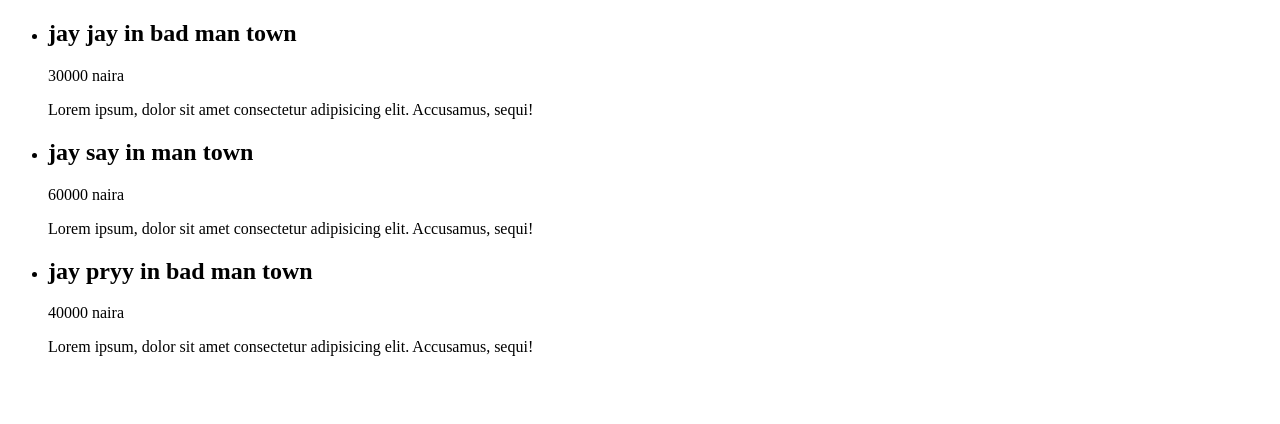
Repository: nilesjamex/t-vue
Page: /
These files come from the project's save history. The page is drawn as it stood at one moment and after the next save; the edit follows.
The browser window is 1280 px wide. The pictures show the whole page.
The project was rebuilt for these pictures with package versions that can differ from the ones it lists, and the page was loaded fresh each time. Also part of the build but not shown: vue.config.js.

Above is the page before, as saved 2022-03-15 16:14:39.

### src/App.vue
<template>
  <nav>
  </nav>
  <router-view/>
</template>

<style lang="scss">

</style>

### src/views/HomeView.vue
<template>
  <div class="home">
    <JobList :jobs="jobs" />
  </div>
</template>

<script lang="ts">
import { defineComponent, reactive, toRefs, ref } from 'vue';
import JobList from '@/components/JobList.vue';
import Job from '@/types/job'
 // @ is an alias to /src

export default defineComponent({
  name: 'HomeView',
  components: {
    JobList
  },
  setup() {
    const jobs = ref(<Job[]>[
      {
        title: 'jay jay',
        location: 'bad man town',
        salary: 30000,
        id: 1
    },
     {
        title: 'jay say',
        location: 'man town',
        salary: 60000,
        id: 2
    },
     {
        title: 'jay pryy',
        location: 'bad man town',
        salary: 40000,
        id: 3
    }
    ])

    return { jobs }
  }
});
</script>

### src/components/JobList.vue
<template>
    <div class="jobs--list">
        <ul>
            <li v-for="job in jobs" :key="job.id">
                <h2>
                    {{ job.title }} in {{ job.location }}
                </h2>
                <div class="salary">
                    <p>
                        {{ job.salary }} naira
                    </p>
                </div>
                <div class="desc">
                    Lorem ipsum, dolor sit amet consectetur adipisicing elit. Accusamus, sequi!
                </div>
            </li>
        </ul>
    </div>
</template>
<script lang="ts">
import { defineComponent, PropType } from 'vue'
import Job from '@/types/job'

export default defineComponent({
    props: {
        jobs: {
            required: true,
            type: Array as PropType<Job[]>
        }
    }
})
</script>

<style lang="scss" scoped>

</style>

Loaded but not shown: public/index.html (common file); src/main.ts (common file); src/router/index.ts (common file)

After the next save:
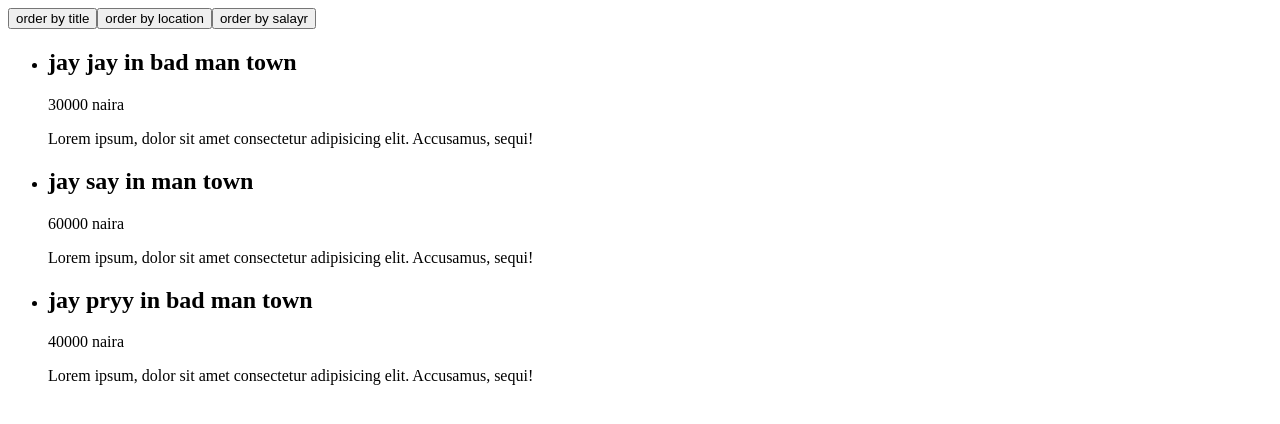
Saved 8 min 23 s later.
--- a/src/views/HomeView.vue
+++ b/src/views/HomeView.vue
@@ -1,43 +1,51 @@
 <template>
   <div class="home">
-    <JobList :jobs="jobs" />
+    <button @click="handleClick('title')">order by title</button>
+    <button @click="handleClick('location')">order by location</button>
+    <button @click="handleClick('salary')" >order by salayr</button>
+    <JobList :jobs="jobs" :order="order" />
   </div>
 </template>
 
 <script lang="ts">
-import { defineComponent, reactive, toRefs, ref } from 'vue';
-import JobList from '@/components/JobList.vue';
-import Job from '@/types/job'
- // @ is an alias to /src
+import { defineComponent, reactive, toRefs, ref } from "vue";
+import JobList from "@/components/JobList.vue";
+import Job from "@/types/job"
+import OrderTerm from "@/types/OrderTerm"
+// @ is an alias to /src
 
 export default defineComponent({
-  name: 'HomeView',
+  name: "HomeView",
   components: {
-    JobList
+    JobList,
   },
   setup() {
     const jobs = ref(<Job[]>[
       {
-        title: 'jay jay',
-        location: 'bad man town',
+        title: "jay jay",
+        location: "bad man town",
         salary: 30000,
-        id: 1
-    },
-     {
-        title: 'jay say',
-        location: 'man town',
+        id: 1,
+      },
+      {
+        title: "jay say",
+        location: "man town",
         salary: 60000,
-        id: 2
-    },
-     {
-        title: 'jay pryy',
-        location: 'bad man town',
+        id: 2,
+      },
+      {
+        title: "jay pryy",
+        location: "bad man town",
         salary: 40000,
-        id: 3
+        id: 3,
+      },
+    ]);
+    const order = ref<OrderTerm>('title')
+    const handleClick = (term: OrderTerm) => {
+      order.value = term
     }
-    ])
 
-    return { jobs }
-  }
+    return { jobs, handleClick, order };
+  },
 });
 </script>
